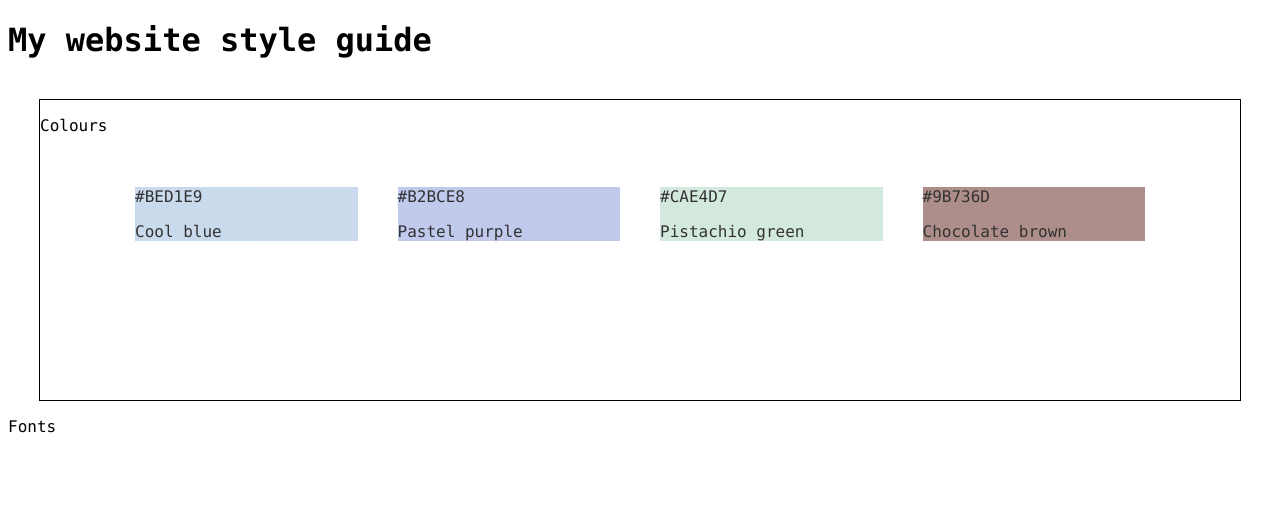
Repository: nazaninrizvi/codecademy
Page: Javascript/website-design-system/index.html
The author's editor kept a copy of each file at every save. The page is drawn from the files as they stood at one save, then again after a run of saves.
The browser window is 1280 px wide. The pictures show the whole page.

Above is the page before, as saved 2021-11-26 14:28:01.

### Javascript/website-design-system/index.html
<!DOCTYPE html>
<html>
    <head>
        <title>My website style guide</title>
        <link rel="stylesheet" href="styles.css" type="text/css" />
    </head>
    <body>
        <h1>My website style guide</h1>
        <div id="colors">
            <div class="colors-container">
                <p>Colours</p>
                <div class="colcontainer">
                    <div class="cols"><div id="coolblue">
                        <p>#BED1E9</p>
                        <p>Cool blue</p>
                    </div></div>

                    <div class="cols"><div id="pastelPurple">
                        <p>#B2BCE8</p>
                        <p>Pastel purple</p>
                    </div></div>

                    <div class="cols"><div id="pistachio">
                        <p>#CAE4D7</p>
                        <p>Pistachio green</p>
                    </div></div>

                    <div class="cols"><div id="brown">
                        <p>#9B736D</p>
                        <p>Chocolate brown</p>
                    </div></div>
                </div>
            </div>
        </div>
        <div id="fonts">
           <p>Fonts</p>
           <div class="fontcontainer">
               <div class='font'>

               </div>
           </div>
        </div>
    </body>
</html>

### Javascript/website-design-system/styles.css
*{
    font-family: "Lucida Console", Courier, monospace;
}

.colors-container{
    height: 300px;
    max-width: 1200px;
    margin: 40px auto auto auto;
    border: 1px solid black;
  }

  .colcontainer{
    max-width: 1050px;
    margin: 15px auto auto auto;
    display: flex;
    justify-content: space-between;
  }

  .cols{
    height: 300px;
    padding: 20px;
    margin-bottom: auto;
    flex-basis: 30%;
    box-sizing: border-box;
    opacity: 0.8;
  }

#coolblue{
    background-color: #bed1e9;
  }

#pastelPurple{
    background-color: #B2BCE8;
}

#pistachio{
    background-color: #CAE4D7;
}

#brown{
    background-color: #9B736D;
}

After the next 3 saves:
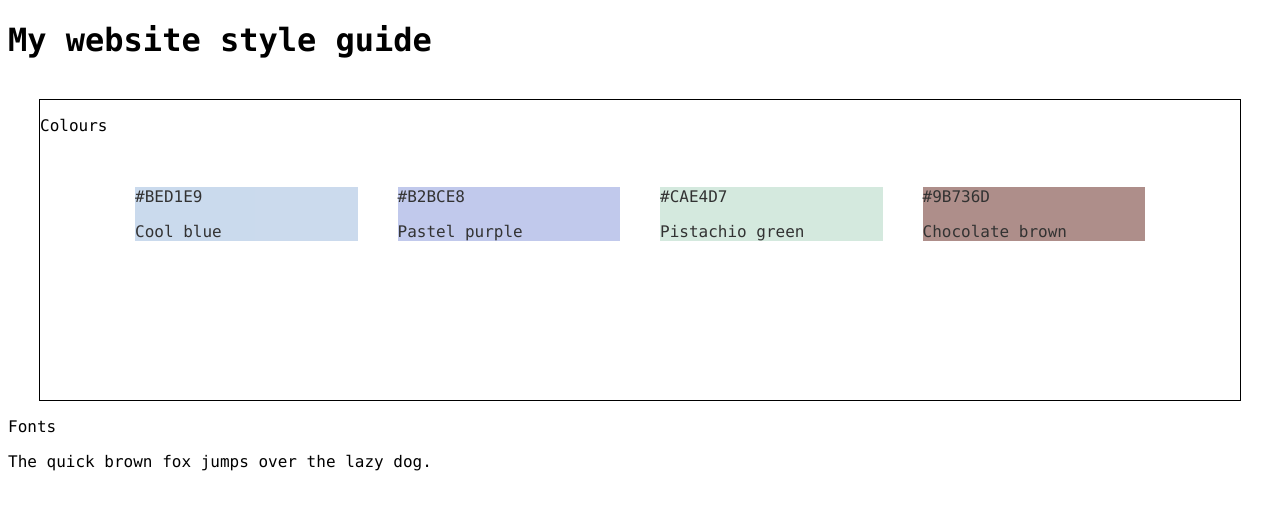
The 3 saves are shown as one change because they came seconds apart.
The last was saved 54 s later.
--- a/Javascript/website-design-system/index.html
+++ b/Javascript/website-design-system/index.html
@@ -36,6 +36,8 @@
            <p>Fonts</p>
            <div class="fontcontainer">
                <div class='font'>
+                The quick brown fox jumps over the lazy dog.
+
 
                </div>
            </div>
